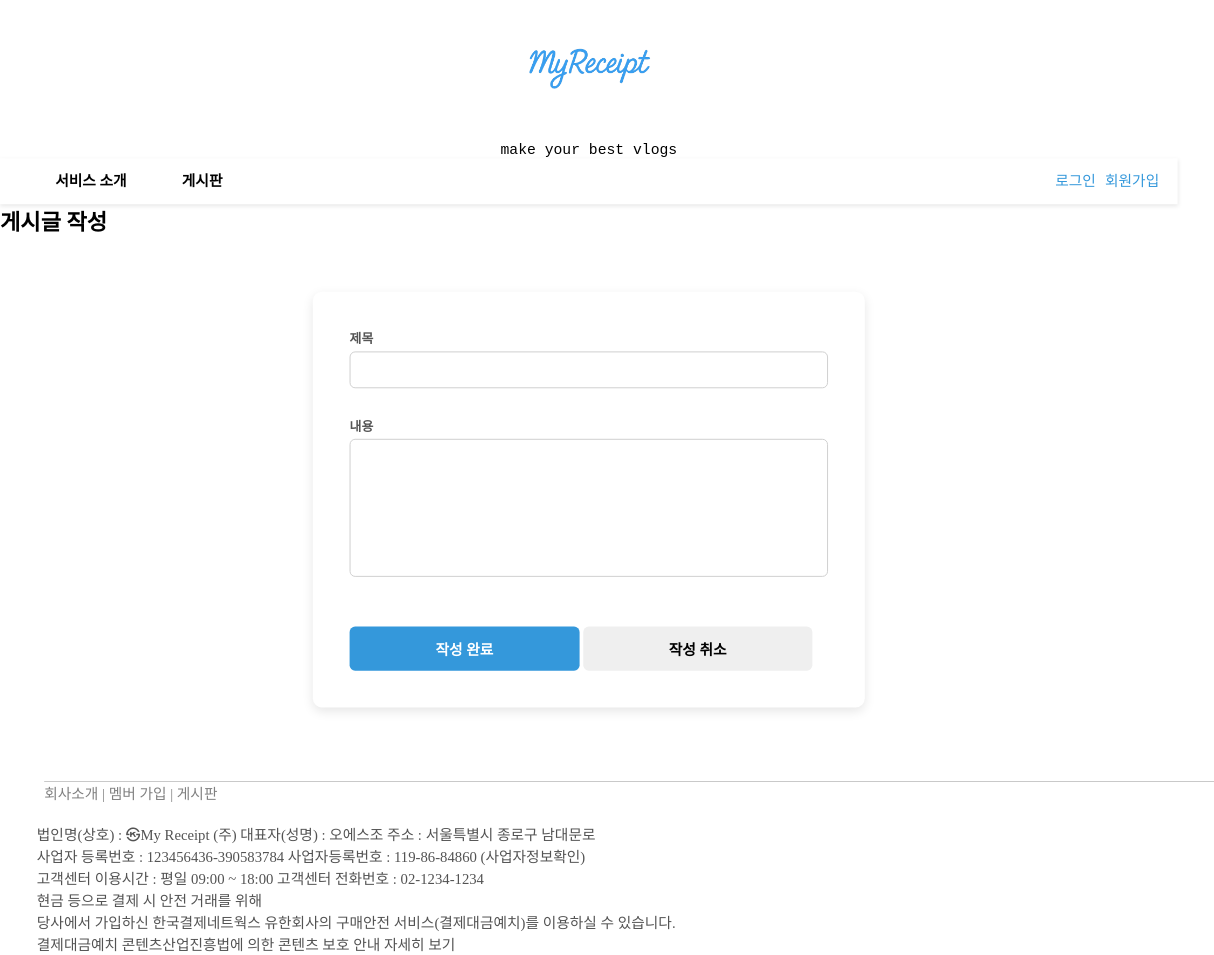
Repository: shong69/mini-project
Page: http://localhost/myReceipt2/WEB-INF/views/insert.jsp
The author's editor kept a copy of each file at every save. The page is drawn from the files as they stood at one save, then again after the next save.
The browser window is 1280 px wide. The page is 1320 px wide, so the pictures cover 1320 px, including what lies to the right of the window. The pictures show the whole page, at 92% of full size.
Some web fonts or font styles are not loaded; a fallback is used. The page is served by Tomcat 10. Nobody is signed in. Other server files are loaded and not shown. The template is opened directly, without the code that normally fills it, so the values that code supplies are empty.

Above is the page before, as saved 2025-05-06 21:38:58.

### jspProject/myReceipt2/src/main/webapp/WEB-INF/views/insert.jsp
<%@ page contentType="text/html; charset=UTF-8" pageEncoding="UTF-8"%>
<%@ taglib prefix="c" uri="http://java.sun.com/jsp/jstl/core" %>
<!DOCTYPE html>
<html lang="ko">
<head>
    <meta charset="UTF-8">
    <title>Board create</title>
    <link rel="stylesheet" type="text/css" href="resources/css/main.css">
    <style>
form {
    width: 100%;
    max-width: 600px;
    margin: 60px auto;
    padding: 40px;
    background-color: #fff;
    border-radius: 10px;
    box-shadow: 0 4px 12px rgba(0, 0, 0, 0.1);
    box-sizing: border-box;
}

/* 제목 */
form h2 {
    font-size: 26px;
    margin-bottom: 25px;
    color: #333;
    text-align: center;
}

/* 입력 필드 스타일 */
form div {
    margin-bottom: 20px;
}

form label {
    font-size: 14px;
    color: #555;
    font-weight: bold;
    display: block;
    margin-bottom: 5px;
}

form input[type="text"], form textarea {
    width: 100%;
    padding: 10px;
    font-size: 14px;
    border: 1px solid #ccc;
    border-radius: 6px;
    margin-bottom: 10px;
    box-sizing: border-box;
}

/* 제목 입력창 */
form input[type="text"] {
    height: 40px;
}

/* 내용 입력창 */
form textarea {
    height: 150px;
    resize: none;
}

/* 버튼 스타일 */
form button {
    width: 48%;
    padding: 12px;
    margin-top: 20px;
    font-size: 16px;
    font-weight: bold;
    border-radius: 6px;
    cursor: pointer;
    transition: background-color 0.3s;
    border: none;
    display: inline-block;
    text-align: center;
}

form button[type="submit"] {
    background-color: #3498db;
    color: white;
}

form button[type="submit"]:hover {
    background-color: #2980b9;
}

form button[type="reset"] {
    background-color: #e74c3c;
    color: white;
}

form button[type="reset"]:hover {
    background-color: #c0392b;
}
    </style>
    <script type="text/javascript" src="resources/js/jquery-3.1.1.min.js"></script>
</head>
<body>
<jsp:include page="/WEB-INF/views/common/header.jsp"></jsp:include>
    <h2>게시글 작성</h2>
    <form action="/myReceipt2/create" method="post">
        <input type="hidden" name="id" />
        <div>
            <label for="title">제목</label>
            <input type="text" id="title" name="title"  required />
        </div>
        <div>
            <label for="content">내용</label>
            <textarea id="content" name="content" required></textarea>
        </div>
        <button type="submit">작성 완료</button>
        <button type="button" onclick="window.location.href='/myReceipt2/board'">작성 취소</button>
    </form>
<jsp:include page="/WEB-INF/views/common/footer.jsp"></jsp:include>
</body>
</html>

### jspProject/myReceipt2/src/main/webapp/WEB-INF/views/common/header.jsp
<%@ page language="java" contentType="text/html; charset=UTF-8"
    pageEncoding="UTF-8"%>
<%@ taglib prefix="c" uri="http://java.sun.com/jsp/jstl/core" %>
	<div id="header">
		<a href="/myReceipt2/index"><img src="resources/imgs/logo.png" style="width:150px;"/></a>
		<p style="font-family: 'Courier New', Courier, monospace;">make your best vlogs</p>
	</div>
	<div id="nav-bar">
		<div id="menu">
			<a href="/myReceipt2/intro">서비스 소개</a>
			<a href="/myReceipt2/board">게시판</a>
		</div>
		<div id="loginSt">
			<c:choose>
				<c:when test="${not empty sessionScope.loginMember}">
					<p>${sessionScope.loginMember.nickName}님이 로그인 중</p>
					<a href="/myReceipt2/logout">로그아웃</a>

				</c:when>
				<c:otherwise>
					<a href="/myReceipt2/login">로그인</a>
					<a href="/myReceipt2/signup">회원가입</a>
				</c:otherwise>
			</c:choose>
		</div>

	</div>

### jspProject/myReceipt2/src/main/webapp/WEB-INF/views/common/footer.jsp
<%@ page language="java" contentType="text/html; charset=UTF-8"
    pageEncoding="UTF-8"%>
	<footer class="footer">
	    <section>
	        <div class="footer-nav">
	            <a href="/">회사소개 |</a>
	            <a href="/signup">멤버 가입 |</a>
	            <a href="/">게시판</a>
	        </div>
	    </section>
	    <section>
	        <div>
	            법인명(상호) : ㉿My Receipt (주) 대표자(성명) : 오에스조 주소 : 서울특별시 종로구 남대문로 <br>
	            사업자 등록번호 : 123456436-390583784  사업자등록번호 : 119-86-84860 (사업자정보확인)<br>
	            고객센터 이용시간 : 평일 09:00 ~ 18:00  고객센터 전화번호 : 02-1234-1234
	        </div>

	        <div>
	            현금 등으로 결제 시 안전 거래를 위해<br>
	            당사에서 가입하신 한국결제네트웍스 유한회사의 구매안전 서비스(결제대금예치)를 이용하실 수 있습니다.<br>
	            결제대금예치 콘텐츠산업진흥법에 의한 콘텐츠 보호 안내 자세히 보기
	        </div>
	    </section>
	</footer>

### jspProject/myReceipt2/src/main/webapp/resources/css/main.css
* {
	box-sizing: border-box;
	padding: 0;
	margin: 0;
	font-family: 'main';
}
/* 메인 폰트 */
@font-face {
	font-family: 'main';
	src:
		url('https://fastly.jsdelivr.net/gh/Project-Noonnu/noonfonts_2107@1.1/Pretendard-Regular.woff')
		format('woff');
	font-style: normal;
	font-weight: 400;
}

/*header*/
#header {
	width: 100%;
	text-align: center;
}

#header>div:first-child {
	margin-bottom: 15px;
}

#nav-bar {
	line-height: 50px;
	height: 50px;
	position: sticky;
	top: 0;
	left: 0;
	background-color: white;
	z-index: 1000;
	box-shadow: 0 2px 5px rgba(0, 0, 0, 0.1);
	display:flex;
	flex-direction:row;
}

#loginSt {
	margin-left:auto;
	margin-right:20px;
	display:flex;
	flex-direction:row;
}

#loginSt a {
	margin-left: 10px;
	color: #3498db;
	text-decoration: none;
}

#menu {
	margin-left:40px;
	display: flex;
	gap: 20px;
}

#menu a {
	text-decoration: none;
	color: black;
	font-weight: bold;
	padding: 0 20px;
	border-radius:15px;
	position: relative;
	overflow: hidden;
	transition: background-color 0.5s ease;
}

#menu a:hover {
	background-color: #335085;
	animation-duration: 2s;
	color: whitesmoke;
}

main {
	background-color: #3498db;
	display: flex;
	flex-direction: column;
	align-items: center;
	min-height:500px;
}

.section-title {
	font-size: 3.5rem;
	margin: 100px 0 70px 0;
}

#carousel {
	width: 90%;
	height: 300px;
	background-color: #ddd;
	margin-top: 20px;
}
/*footer*/
.footer {
	background-color: white;
	width: 100%;
	height: auto;
	display: flex;
	flex-direction: column;
	padding-top: 20px;
	margin: 0 40px;
}

.footer>section:first-child {
	border-top: 1px solid #c5c5c5;
	display: flex;
	flex-direction: row;
	margin-left: 8px;
}

.footer>section a {
	color: gray;
	text-decoration: none;
}

.footer>section:nth-child(2) {
	padding-top: 20px;
	color: rgb(83, 83, 83);
}

Loaded but not shown: jspProject/myReceipt2/src/main/webapp/resources/js/jquery-3.1.1.min.js (library)

After the next save:
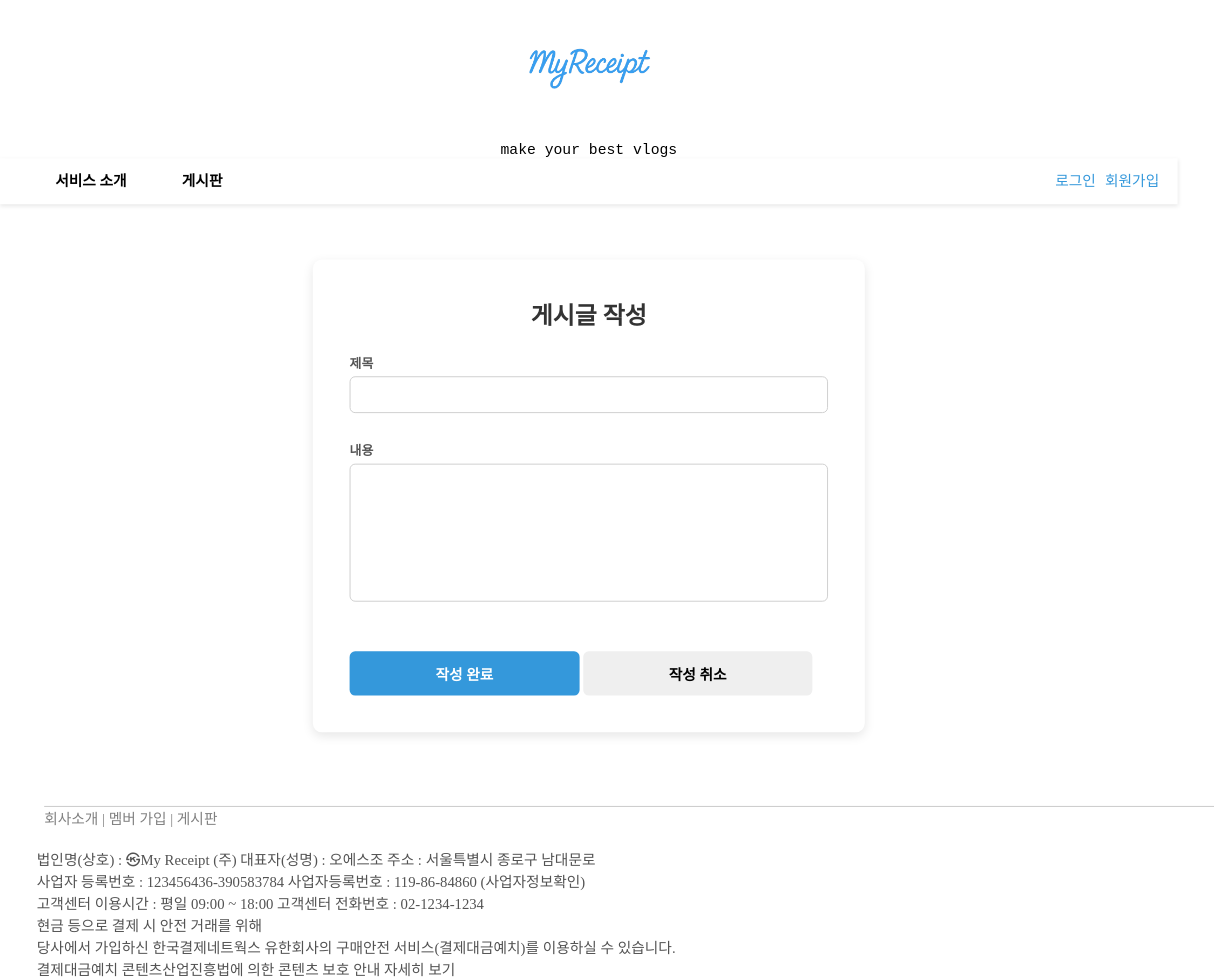
Saved 54 s later.
--- a/jspProject/myReceipt2/src/main/webapp/WEB-INF/views/insert.jsp
+++ b/jspProject/myReceipt2/src/main/webapp/WEB-INF/views/insert.jsp
@@ -97,8 +97,8 @@ form button[type="reset"]:hover {
 </head>
 <body>
 <jsp:include page="/WEB-INF/views/common/header.jsp"></jsp:include>
-    <h2>게시글 작성</h2>
     <form action="/myReceipt2/create" method="post">
+	    <h2>게시글 작성</h2>
         <input type="hidden" name="id" />
         <div>
             <label for="title">제목</label>
